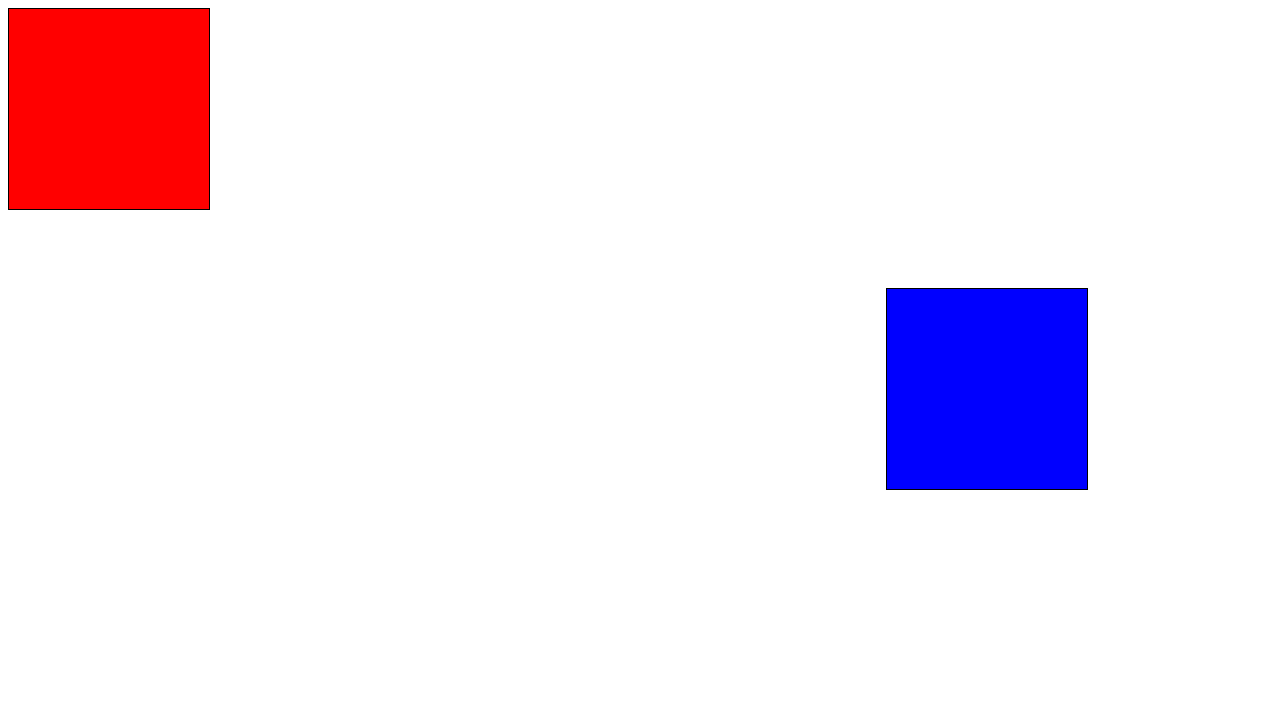
Repository: Divineridh/LPPAChallenges
Page: Trabajos en Clase/ejercicio cajas positions/index.html
These files come from the project's save history. The page is drawn as it stood at one moment and after the next save; the edit follows.
The browser window is 1280 px wide. The pictures show the whole page.

Above is the page before, as saved 2022-05-03 20:56:44.

After the next save:
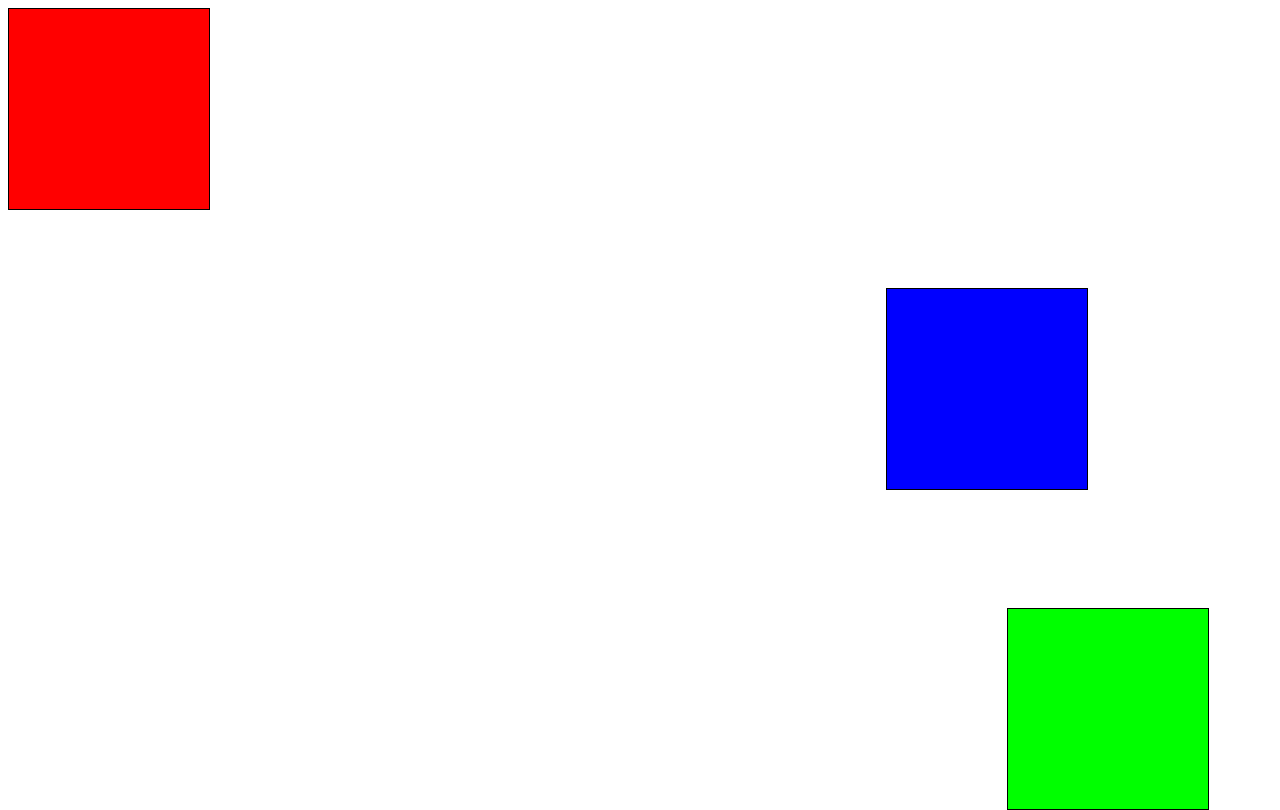
Saved 7 s later.
--- a/Trabajos en Clase/ejercicio cajas positions/style.css
+++ b/Trabajos en Clase/ejercicio cajas positions/style.css
@@ -6,7 +6,7 @@
 .div2 {
     background-color: #00FF00;
     position: relative;
-    bottom: 600px;
+    top: 600px;
     right: 5%;
     float: right;
 }
